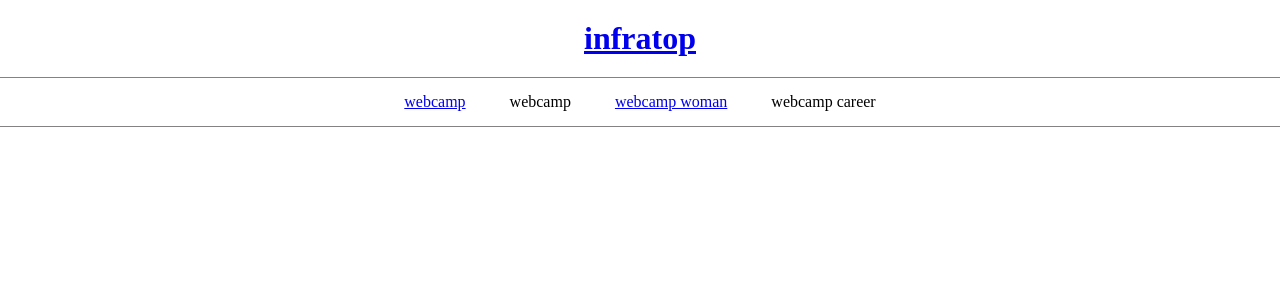
Repository: matuyama/dmm-webcamp
Page: chapter5/chapter5.html
The author's editor kept a record of every edit. The page is drawn from the files as they stood at one moment, then again after the next edit.
The browser window is 1280 px wide. The pictures show the whole page.

Above is the page before.

### chapter5/chapter5.html
<!DOCTYPE html>
<html lang"ja">

  <head>
    <meta charet="UTF-8"/>
    <link rel="stylesheet" href="chapter5.css"/>
    <title>chapter5</title>
  </head>

  <body>
    <header>
      <h1 class="heading">
        <a href="chapter5.html">
          infratop
        </a>
      </h1>
    </header>

    <nav>
      <ul class="nav-list">
        <li class="nav-list-item">
          <a href="chapter5.html">webcamp</a>
        </li>
        <li class="nav-list-item">
          <a hrdf="hapter5">webcamp</a>
        </li>
        <li class="nav-list-item">
          <a href="chapter5">webcamp woman</a>
        </li>
        <li class="nav-list-item">
          <a class="chapter5">webcamp career</a>
        </li>
      </ul>
    </nav>


  </body>

</html>

### chapter5/chapter5.css
*{
  margin:0;
  padding:0;
  box-sizing:border-box;
}

header{
  width:100%;
  padding: 20px 0;
  margin: 0 auto;
  text-align:center;
}

.nav-list{
  text-align: center;
  padding: 15px 0;
  border-bottom: 1px solid #848282;
  border-top: 1px solid #848282;
}
  .nav-list-item{
    list-style: none;
    display: inline-block;
    margin: 0 20px;
  }

.main{
  width: 800px;
  margin: 50px auto;
  display: flex;
  flex-wrap: wrap;
}

  .box1{
    width: 200px;
    height: 200px;
    background-color: #e6ffe9;
  }

  .box2{
    width: 200px;
    height: 200px;
    background-color: #cbffd3;
  }

  .box3{
    width: 200px;
    height: 200px;
    background-color: #aeffbd;
  }

  .box4{
    width: 200px;
    height: 200px;
    background-color: #93ffab;
  }

  .box5{
    width: 200px;
    height: 200px;
    background-color: #f3ffd8;
  }

  .box6{
    width: 200px;
    height: 200px;
    background-color: #edffbe;
  }

  .box7{
    width: 200px;
    height: 200px;
    background-color: #e9ffa5;
  }

  .box1{
    width: 200px;
    height: 200px;
    background-color: #e6ffe9;
  }

  .box1{
    width: 200px;
    height: 200px;
    background-color: #e6ffe9;
  }

  .box1{
    width: 200px;
    height: 200px;
    background-color: #e6ffe9;
  }

  .box1{
    width: 200px;
    height: 200px;
    background-color: #e6ffe9;
  }

  .box1{
    width: 200px;
    height: 200px;
    background-color: #e6ffe9;
  }

After the next edit:
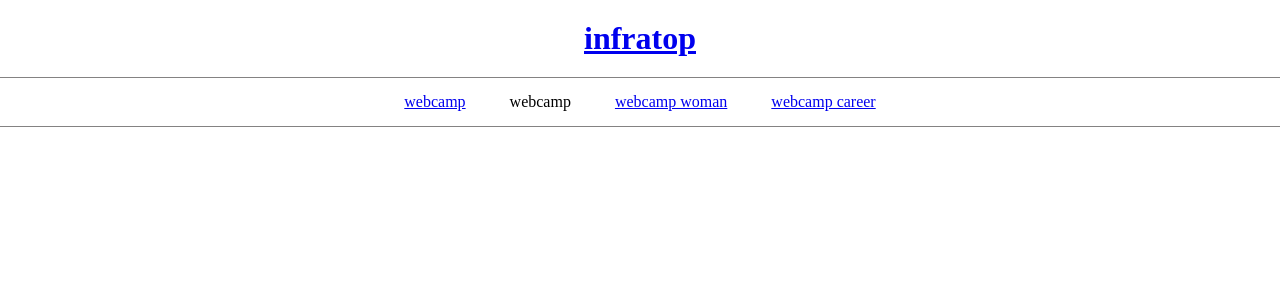
The edit:
--- a/chapter5/chapter5.html
+++ b/chapter5/chapter5.html
@@ -28,7 +28,7 @@
           <a href="chapter5">webcamp woman</a>
         </li>
         <li class="nav-list-item">
-          <a class="chapter5">webcamp career</a>
+          <a href="chapter5">webcamp career</a>
         </li>
       </ul>
     </nav>
